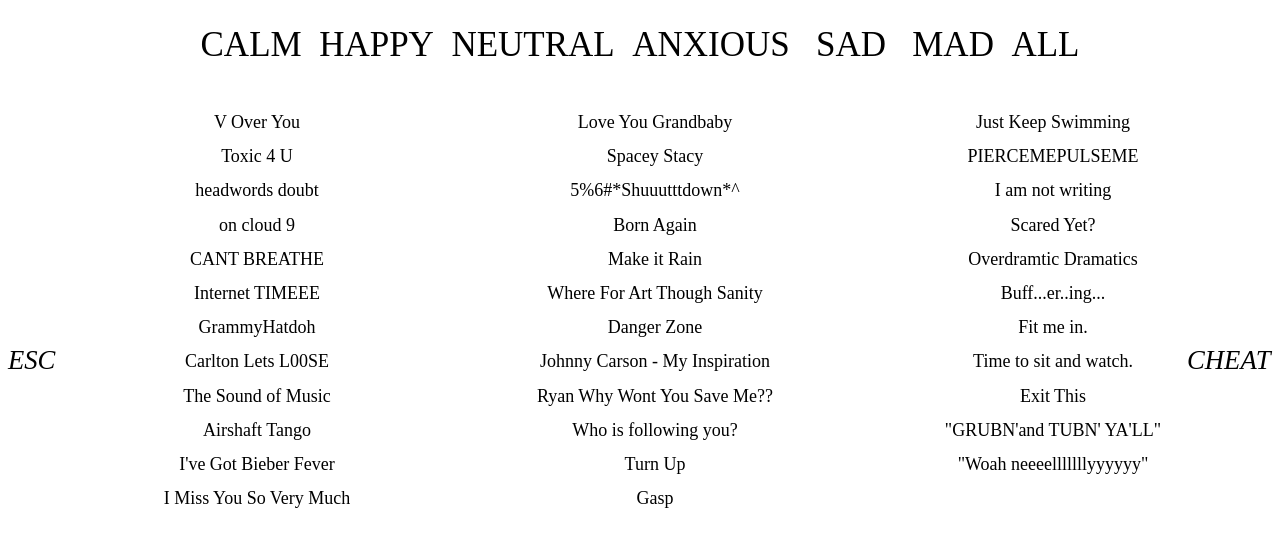
Repository: bradk647/bradk647.github.io
Page: cheat/cheatpage.html
The author's editor kept a record of every edit. The page is drawn from the files as they stood at one moment, then again after the next edit.
The browser window is 1280 px wide. The pictures show the whole page.

Above is the page before.

After the next edit:
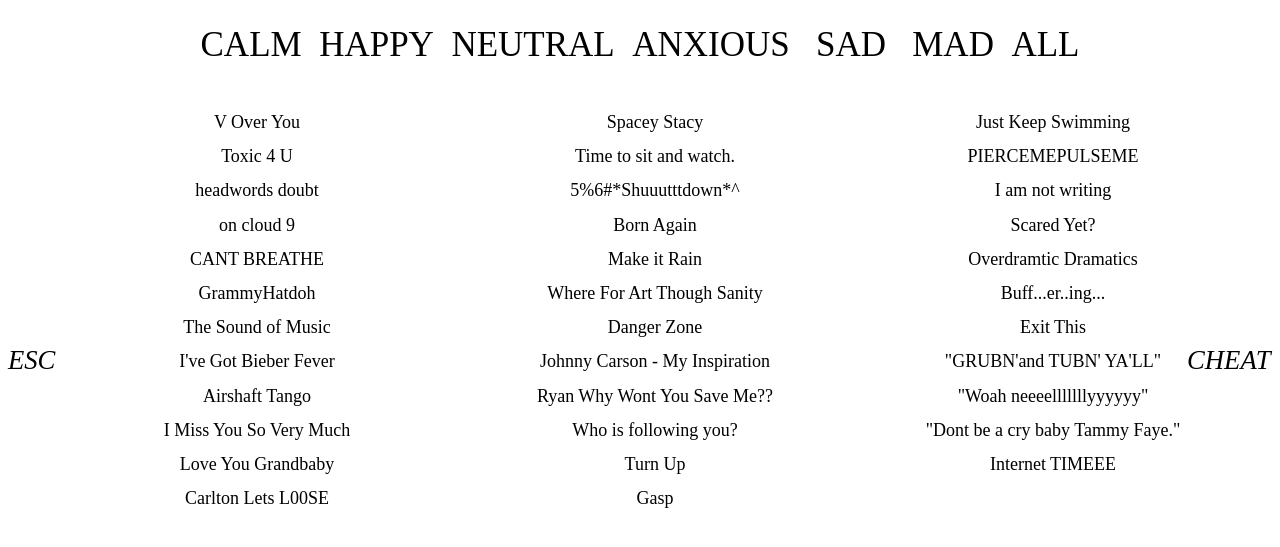
The edit:
--- a/cheat/cheatpage.html
+++ b/cheat/cheatpage.html
@@ -39,15 +39,15 @@
             <a href="../bunny/headwords.html" div id="blue"><li>headwords doubt</li></a>
             <a href="../bunny/clouds.html" div id="orange"><li>on cloud 9</li></a>
             <a href="../bunny/constriction.html" div id="green"><li>CANT BREATHE</li></a>
-            <a href="../bunny/alice.html" div id="yellow"><li>Internet TIMEEE</li></a>
             <a href="../bunny/GrammyHatdoh.html" div id="pink"><li>GrammyHatdoh</li></a>
-            <a href="../bunny/disco.html" div id="pink"><li>Carlton Lets L00SE</li></a>
             <a href="../bunny/moutaintop.html" div id="orange"><li>The Sound of Music</li></a>
+            <a href="../bunny/bieber.html" div id="red"><li>I've Got Bieber Fever</li></a>
             <a href="../bunny/AirshaftTango.html" div id="green"><li>Airshaft Tango</li></a>
-            <a href="../bunny/bieber.html" div id="red"><li>I've Got Bieber Fever</li></a>
             <a href="../bunny/IMissYouSoVeryMuch.html" div id="blue"><li>I Miss You So Very Much</li></a>
             <a href="../bunny/oldpeople.html" div id="yellow"><li>Love You Grandbaby</li></a>
+            <a href="../bunny/disco.html" div id="pink"><li>Carlton Lets L00SE</li></a>
             <a href="../bunny/SpaceyStacy.html" div id="yellow"><li>Spacey Stacy</li></a>
+            <a href="../bunny/window.html" div id="yellow"><li>Time to sit and watch.</li></a>
             <a href="../bunny/Shutdown.html" div id="blue"><li>5%6#*Shuuutttdown*^</li></a>
             <a href="../bunny/BornAgain.html" div id="green"><li>Born Again</li></a>
             <a href="../bunny/MakeItRain.html" div id="orange"><li>Make it Rain</li></a>
@@ -64,12 +64,11 @@
             <a href="../bunny/knife.html" div id="red"><li>Scared Yet?</li></a>
             <a href="../bunny/overdrama.html" div id="blue"><li>Overdramtic Dramatics</li></a>
             <a href="../bunny/textmess.html" div id="yellow"><li>Buff...er..ing...</li></a>
-            <a href="../bunny/mold.html" div id="green"><li>Fit me in.</li></a>
-            <a href="../bunny/window.html" div id="yellow"><li>Time to sit and watch.</li></a>
             <a href="../bunny/exit.html" div id="blue"><li>Exit This</li></a>
             <a href="../bunny/snackz.html" div id="pink"><li>"GRUBN'and TUBN' YA'LL"</li></a>
             <a href="../bunny/indexvid1.html" div id="red"><li>"Woah neeeelllllllyyyyyy"</li></a>
-
+            <a href="../bunny/tammy.html" div id="blue"><li>"Dont be a cry baby Tammy Faye."</li></a>
+            <a href="../bunny/alice.html" div id="yellow"><li>Internet TIMEEE</li></a>
         </ul>
 
     </body>
